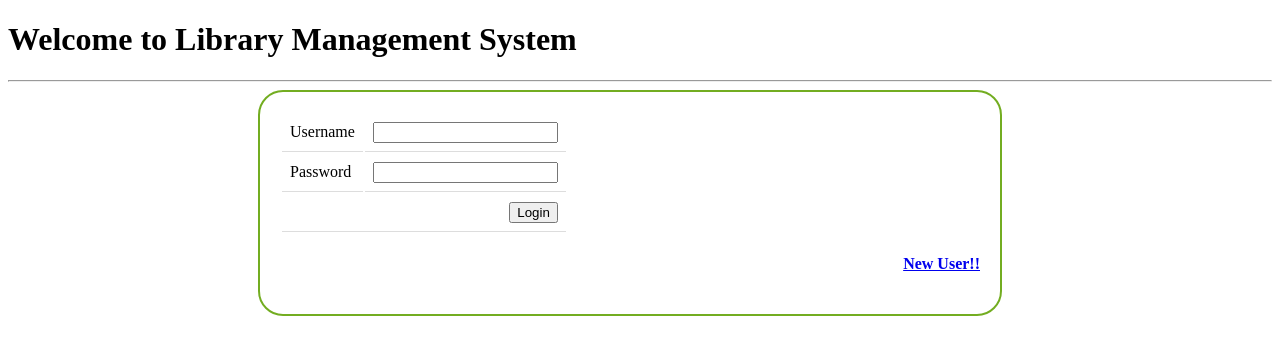
Repository: paragpatidar/LibraryManagementSystem
Page: http://localhost/LibraryManagementSystemSpring/
These files come from the project's save history. The page is drawn as it stood at one moment and after the next save; the edit follows.
The browser window is 1280 px wide. The pictures show the whole page.
The page is served by Tomcat 9. Nobody is signed in. The application's start-up code is not run.

Above is the page before, as saved 2017-11-08 07:46:55.

After the next save:
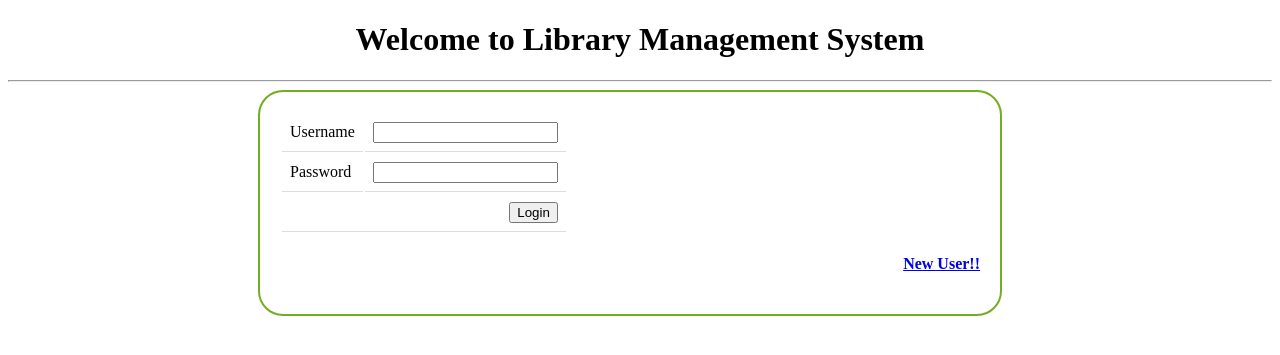
Saved 12 s later.
--- a/LibraryManagementSystemSpring/WebContent/index.jsp
+++ b/LibraryManagementSystemSpring/WebContent/index.jsp
@@ -22,7 +22,7 @@ th, td {
 
 </head>
 <body>
-	<h1 align="">Welcome to Library Management System</h1>
+	<h1 align="center">Welcome to Library Management System</h1>
 	<hr>
 	<div id="form">
 	<form action="login.htm" method="post">
